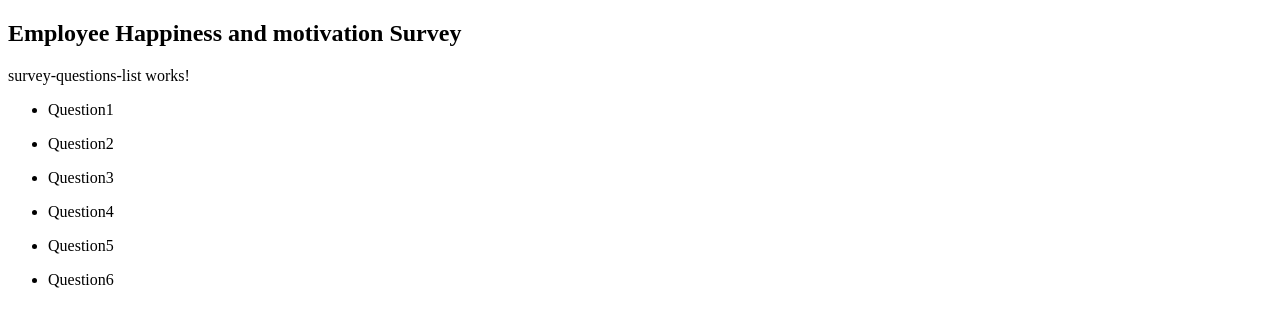
Repository: Itsjeet007y1/WeAce
Page: / (app in we-ace-frontend/)
The author's editor kept a copy of each file at every save. The page is drawn from the files as they stood at one save, then again after the next save.
The browser window is 1280 px wide. The pictures show the whole page.
The project was rebuilt for these pictures with package versions that can differ from the ones it lists, and the page was loaded fresh each time. Also part of the build but not shown: we-ace-frontend/angular.json.

Above is the page before, as saved 2023-02-02 21:42:46.

### we-ace-frontend/src/index.html
<!doctype html>
<html lang="en">
<head>
  <meta charset="utf-8">
  <title>WeAceFrontend</title>
  <base href="/">
  <meta name="viewport" content="width=device-width, initial-scale=1">
  <link rel="icon" type="image/x-icon" href="favicon.ico">
</head>
<body>
  <app-root></app-root>
</body>
</html>

### we-ace-frontend/src/app/app.component.ts
import { Component } from '@angular/core';

@Component({
  selector: 'app-root',
  templateUrl: './app.component.html',
  styleUrls: ['./app.component.css']
})
export class AppComponent {
  title = 'we-ace-frontend';
}

### we-ace-frontend/src/app/survey-questions-list/survey-questions-list.component.ts
import { Component } from '@angular/core';
import { Questions } from './questions';

@Component({
  selector: 'app-survey-questions-list',
  templateUrl: './survey-questions-list.component.html',
  styleUrls: ['./survey-questions-list.component.css']
})
export class SurveyQuestionsListComponent {
  //Creating an arrya of questions
  questionList: Questions[] = [
    new Questions(1, "Question1"),
    new Questions(2, "Question2"),
    new Questions(1, "Question3"),
    new Questions(2, "Question4"),
    new Questions(1, "Question5"),
    new Questions(2, "Question6"),
  ]
}

### we-ace-frontend/src/app/app.component.html
<h2>Employee Happiness and motivation Survey</h2>
<app-survey-questions-list></app-survey-questions-list>

### we-ace-frontend/src/app/survey-questions-list/survey-questions-list.component.html
<p>survey-questions-list works!</p>
<ul *ngFor="let ql of questionList">
    <li>{{ ql.question }}</li>
</ul>

### we-ace-frontend/src/app/survey-questions-list/questions.ts
export class Questions {
    constructor(public questionNumber: number,
                public question: String) {

                }
}

Loaded but not shown: we-ace-frontend/src/styles.css (common file); we-ace-frontend/src/main.ts (common file); we-ace-frontend/src/app/app.module.ts (common file); we-ace-frontend/src/app/app-routing.module.ts (common file); we-ace-frontend/src/app/app.component.css (no stored copy; drawn as an empty file); we-ace-frontend/src/app/survey-questions-list/survey-questions-list.component.css (no stored copy; drawn as an empty file)

After the next save:
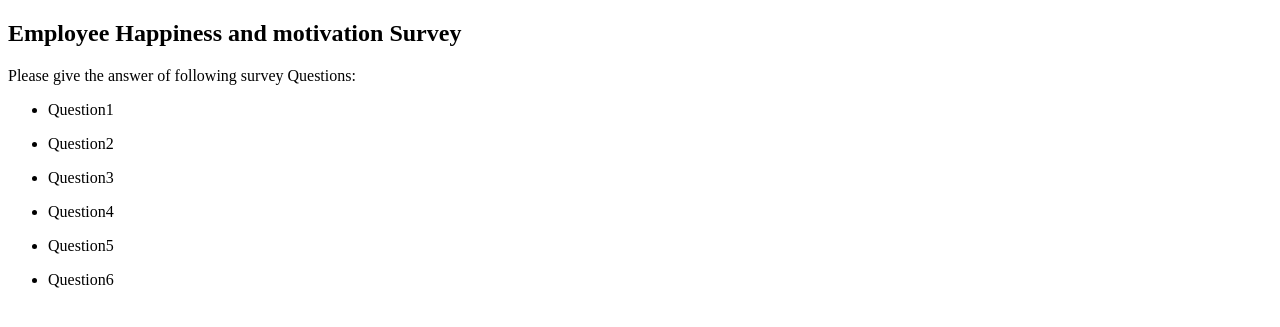
Saved 41 s later.
--- a/we-ace-frontend/src/app/survey-questions-list/survey-questions-list.component.html
+++ b/we-ace-frontend/src/app/survey-questions-list/survey-questions-list.component.html
@@ -1,4 +1,4 @@
-<p>survey-questions-list works!</p>
+<p>Please give the answer of following survey Questions:</p>
 <ul *ngFor="let ql of questionList">
     <li>{{ ql.question }}</li>
 </ul>
